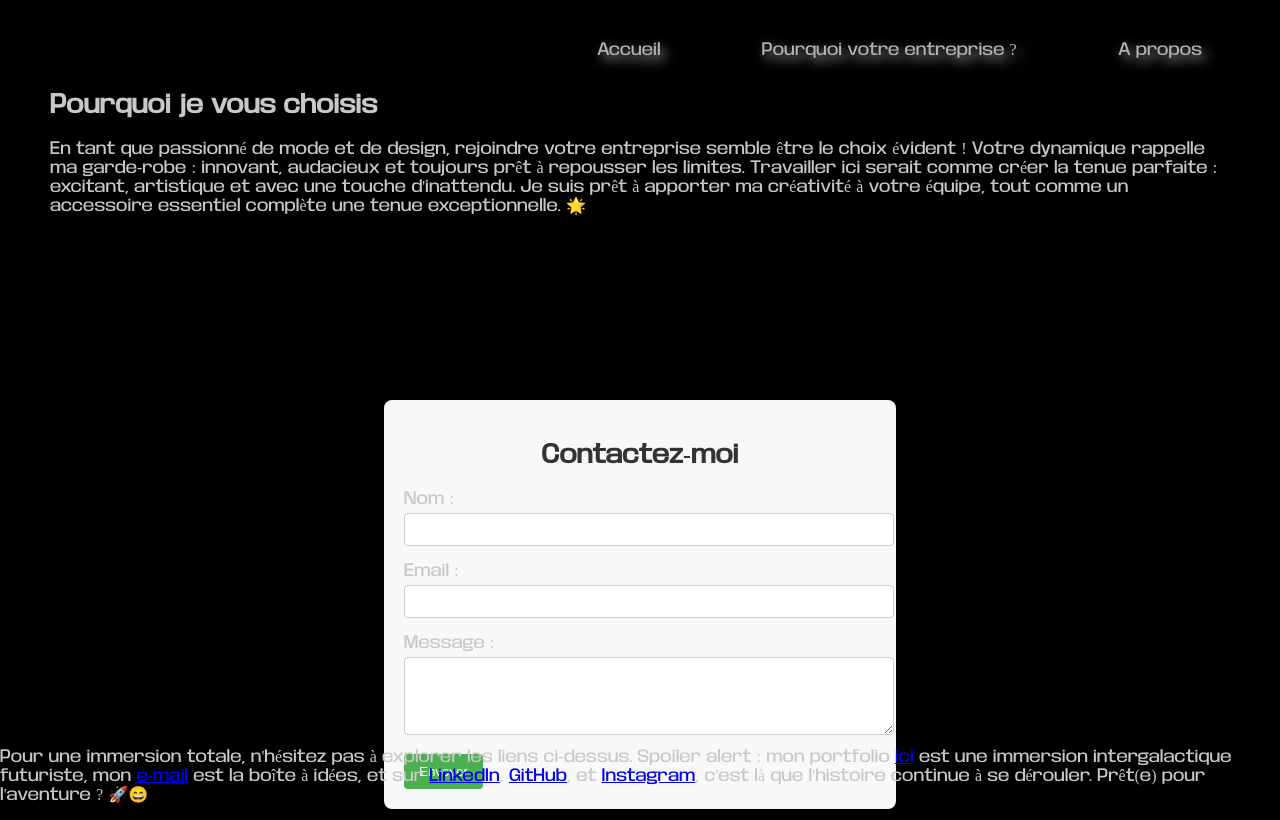
Repository: inessben/application
Page: about/about.html
The author's editor kept a copy of each file at every save. The page is drawn from the files as they stood at one save, then again after the next save.
The browser window is 1280 px wide. The pictures show the whole page.

Above is the page before, as saved 2023-12-03 22:06:19.

### about/about.html
<!DOCTYPE html>
<html lang="en">
<head>
    <meta charset="UTF-8">
    <meta name="viewport" content="width=device-width, initial-scale=1.0">
    <!-- generate the icon -->
    <link rel="apple-touch-icon" sizes="180x180" href="/favicon/apple-touch-icon.png">
    <link rel="icon" type="image/png" sizes="32x32" href="/favicon/favicon-32x32.png">
    <link rel="icon" type="image/png" sizes="16x16" href="/favicon/favicon-16x16.png">
    <link rel="manifest" href="/favicon/site.webmanifest">
    <link rel="mask-icon" href="/favicon/safari-pinned-tab.svg" color="#5bbad5">
    <meta name="msapplication-TileColor" content="#da532c">
    <!--  -->
    <meta name="theme-color" content="#ffffff">
    <title>#slowlyApplication</title>
    <link rel="stylesheet" href="about.css">
</head>
<body>
    <section id="nav-header">
        <header class="nav-links">
            <a href="./index.html" class="link">Accueil</a>
            <a href="./company/company.html" class="link">Pourquoi votre entreprise ?</a>
            <a href="../../about/about.html" class="link">A propos</a>
        </header>
    </section>
    <section id="description">
        <h1>Pourquoi je vous choisis</h1>
        <p> En tant que passionné de mode et de design, rejoindre votre entreprise semble être le choix évident ! Votre dynamique rappelle ma garde-robe : innovant, audacieux et toujours prêt à repousser les limites. Travailler ici serait comme créer la tenue parfaite : excitant, artistique et avec une touche d'inattendu. Je suis prêt à apporter ma créativité à votre équipe, tout comme un accessoire essentiel complète une tenue exceptionnelle. 🌟 </p>
    </section>

    <section id="contact-form-container">
        <form id="contact-form">
        <h2>Contactez-moi</h2>

        <label for="name">Nom :</label>
        <input type="text" id="name" name="name" required>

        <label for="email">Email :</label>
        <input type="email" id="email" name="email" required>

        <label for="message">Message :</label>
        <textarea id="message" name="message" rows="4" required></textarea>

        <button type="submit">Envoyer</button>
        </form>
    </section>

    <footer>
        <p>Pour une immersion totale, n'hésitez pas à explorer les liens ci-dessus. Spoiler alert : mon portfolio <a href="https://iness-portfolio.vercel.app/">ici</a> est une immersion intergalactique futuriste, mon <a href="mailto:ine.benss@gmail.com">e-mail</a> est la boîte à idées, et sur <a href="https://www.linkedin.com/in/iness-benaissa/">LinkedIn</a>, <a href="lien-vers-ton-github">GitHub</a>, et <a href="lien-vers-ton-insta">Instagram</a>, c'est là que l'histoire continue à se dérouler. Prêt(e) pour l'aventure ? 🚀😄</p>
    </footer>

</body>
</html>

### about/about.css

@font-face {
    font-family: "Jolley";
    src: url("/fonts/jolley.woff");
    }

@font-face {
    font-family: "Base Neue";
    src: url("/fonts/base-neue.ttf");
    }

html {
    scroll-behavior: smooth;
    }

body {
    margin: 0;
    font-family: "Base Neue";
    display: flex;
    align-items: center;
    justify-content: center;
    background-color: #000000;
    color: #c8c8c8;
    padding: 0;
    }

#nav-header {
    position: absolute;
    top: 30px;
    right: 20px;
    font-size: 16px;
    font-weight: 500;
    padding: 10px;
    }

.link {
    filter: drop-shadow(4px 5px 6px #b2b1b1);
    padding: 8px;
    text-decoration: none;
    color: #b3b3b3;
    margin: auto 40px;
    }

.link:hover {
    opacity: 0.7;
    }

#description{
    position: relative;
    top: 20px;
    margin: 50px;
    color: #c8c8c8;
    }

#contact-form-container {
    position: absolute;
    top: 400px;
    width: 40vw;
    }

#contact-form {
    position: absolute;
    background-color: #f8f8f8;
    padding: 20px;
    border-radius: 8px;
    box-shadow: 0 4px 8px rgba(0, 0, 0, 0.1);
    transition: transform 0.3s ease-in-out;
    }

#contact-form h2 {
    text-align: center;
    color: #333;
    }

#contact-form label {
    margin-top: 10px;
    }

#contact-form input,
#contact-form textarea {
    width: 100%;
    padding: 8px;
    margin-top: 5px;
    margin-bottom: 15px;
    border: 1px solid #ccc;
    border-radius: 4px;
    }

#contact-form button {
    background-color: #4caf50;
    color: white;
    border: none;
    padding: 10px 15px;
    border-radius: 4px;
    cursor: pointer;
    transition: background-color 0.3s ease-in-out;
    }

#contact-form button:hover {
    background-color: #45a049;
    }

#contact-form-container:hover #contact-form {
    transform: rotate(5deg);
    }

footer
{
    position: absolute;
    bottom: -100px;
}

After the next save:
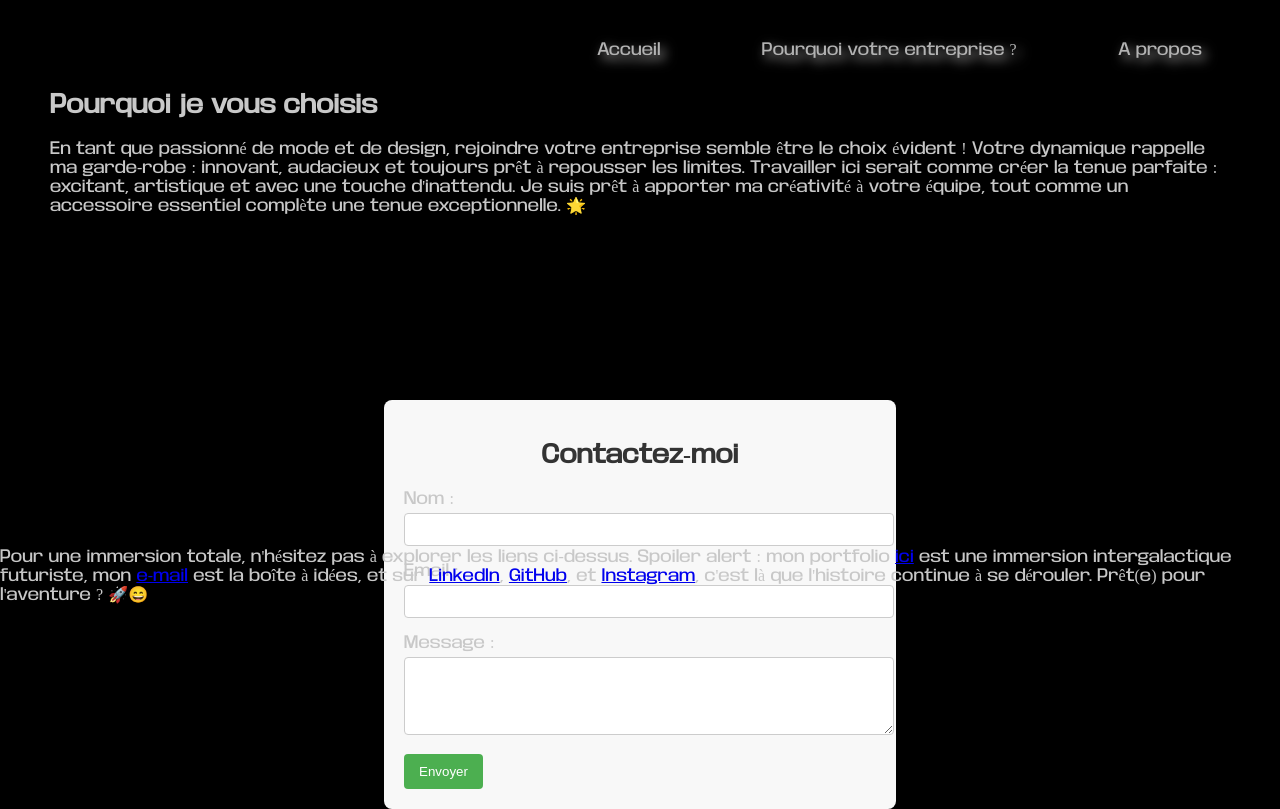
Saved 11 s later.
--- a/about/about.css
+++ b/about/about.css
@@ -107,5 +107,5 @@ body {
 footer
 {
     position: absolute;
-    bottom: -100px;
+    bottom: 100px;
 }
